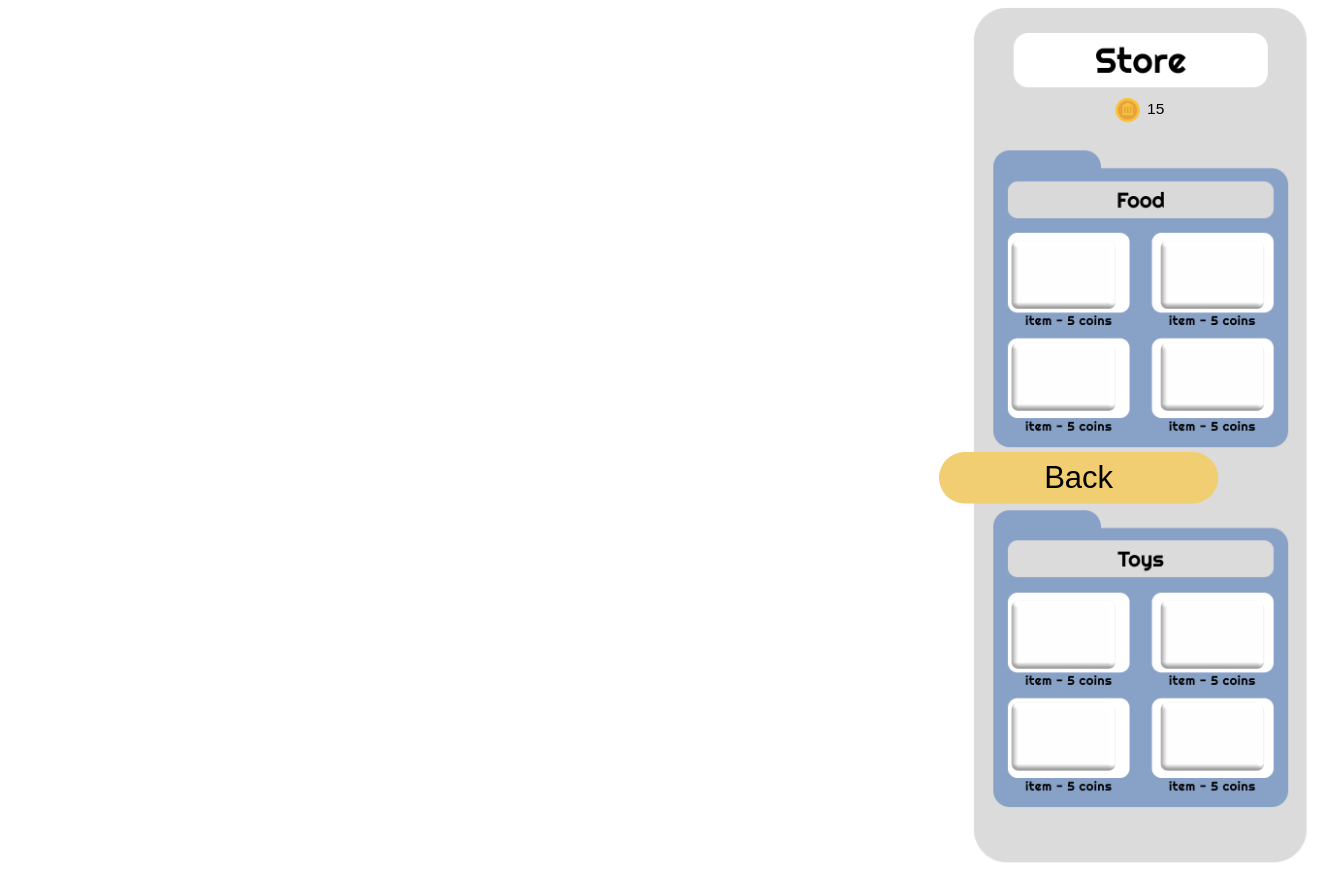
Repository: alemunden/Trash-Scavengers
Page: /ScrappyStore
The author's editor kept a copy of each file at every save. The page is drawn from the files as they stood at one save, then again after the next save.
The browser window is 1280 px wide. The page is 1382 px wide, so the pictures cover 1382 px, including what lies to the right of the window. The pictures show the whole page, at 97% of full size.
The project was rebuilt for these pictures with package versions that can differ from the ones it lists, and the page was loaded fresh each time. The framework's server and built-in components were replaced by stand-ins that run in the browser. Also part of the build but not shown: next.config.mjs, components/Button/Button.module.css, components/Button/index.js.

Above is the page before, as saved 2024-05-04 15:28:01.

### pages/ScrappyStore.js
import styles from '@/styles/ScrappyStore.module.css'
import Image from 'next/image'
import { storeItems } from '@/data/storeItems'
import { useCoins } from '@/utils/coins'
import Button from '@/components/Button'

export default function ScrappyStore() {

    const {coins, setCoins, buy} = useCoins(15)

    return(
        <>
        <div className={styles.store}>
            <div className={styles.coinCount}>
                <Image src={'/Coin.png'} height={25} width={25}/>
                <p>{coins}</p>
            </div>
            <div className={styles.foodItems}>
                <Image src={'/storeitem.png'} width={153.6} height={73.1} onClick={buy}/>
                <Image src={'/storeitem.png'} width={153.6} height={73.1}/>
                <Image src={'/storeitem.png'} width={153.6} height={73.1}/>
                <Image src={'/storeitem.png'} width={153.6} height={73.1}/>
            </div>
            <div className={styles.toyItems}>
                <Image src={'/storeitem.png'} width={153.6} height={73.1}/>
                <Image src={'/storeitem.png'} width={153.6} height={73.1}/>
                <Image src={'/storeitem.png'} width={153.6} height={73.1}/>
                <Image src={'/storeitem.png'} width={153.6} height={73.1}/>
            </div>
            <Image src={'/storebackground.png'} width={343} height={881}/>
        </div>
        <button className={styles.backButton}>Back</button>
        </>
    )
}

### styles/globals.css
:root {
    --white: #FFFFFF;
    --black: #000;
    --light-green: #B4E88C;
    --light-blue: #9EBAE5;
    --light-gray: #c5c5c5;
    --light-yellow: #F3CD70;
    --light-pink: #F3D9D9;
    --medium-green: #429600;
    --gold: #ED9F26;

}

html, body {
    overflow-x: hidden;
    background-color: var(--white);
    height: 896px;
    width: 414px;
    position: absolute;
    left: 30rem;
  }

main {
    padding: 1rem;
  }

li {
    list-style-type: none;
    cursor: pointer;
    margin: 1rem;
    width: 100%;
    padding: 0.5rem;
    color: #000105;
    background-color: var(--light-blue);
    border-radius: 1rem;
    border-bottom: 6px solid #7893bb;
    font-family: "Righteous", sans-serif;
    text-align: center;
    font-size: 1.5rem;
  }

.liHover:hover {
    background-color: #7893bb;
    columns: #fff;
}

.liSelected {
    color: #fff;
    background-color: #000925;
}

.homePageCard {
  margin-left: -5%;
  margin-top: 48%;
}

.searchBar {
  margin-left: -5%;
  margin-bottom: -48%;
}

.logInAndSettings {
  margin-left: 63%;
  margin-right: -5%;
  margin-top: 8%;
}

.dateIndex {
  font-family: 'Righteous';
  margin-bottom: -18%;
  margin-top: 8%;
}

.searchBarInfo {
  margin-left: -5%;
  margin-top: -0.1%;
}

.logInSettingsInfo {
  margin-left: 63%;
  margin-right: -5%;
  padding-left: 19px;
  padding-bottom: -10px;
  margin-top: 8%;
}

.infoCard {
  margin-left: -5%;
}

.logInSettingsDepots {
  margin-left: 64%;
  margin-right: -5%;
  padding-left: 9px;
  margin-top: 8%;
}

.searchBarDepots {
  margin-left: -5%;
}

.depotsCard {
  margin-left: -5%;
}

.logInSettingsYourDepots {
  margin-left: 50%;
  margin-right: -5%;
  padding-left: 65px;
  margin-top: 8%;
}

.searchBarYourDepots {
  margin-left: -5%;
}

.yourDepotsCard {
  margin-left: -5%;
}

### styles/ScrappyStore.module.css
.store {
    display: flex;
    justify-content: center;
}

.coinCount {
    position: absolute;
    top: 5rem;
    font-family: "Righteous", sans-serif;
    display: flex;
    flex-direction: row;
    align-items: center;
    gap: 0.5rem;
}

.foodItems {
    position: absolute;
    display: flex;
    flex-direction: row;
    flex-wrap: wrap;
    top: 15rem;
    left: 3.2rem;
    column-gap: 0rem;
    row-gap: 2rem;
}

.toyItems {
    position: absolute;
    display: flex;
    flex-direction: row;
    flex-wrap: wrap;
    top: 38.2rem;
    left: 3.2rem;
    column-gap: 0rem;
    row-gap: 2rem;
}

.backButton {
    padding: 0.5rem;
    border-radius: 2rem;
    width: 18rem;
    margin-top: 12px;
    font-size: 2rem;
    color: var(--black);
    background-color: #F2CE73;
    font-family: "Righteous", sans-serif;
    border: 0;
    position: absolute;
    top: 27.9rem;
}

### data/storeItems.js
export const storeItems = {
    totalItems: 8,
    items: [
        {
            name: 'Apple',
            cost: 5
        },
        {
            name: 'Banana',
            cost: 4
        },
        {
            name: 'Sandwich',
            cost: 10
        },
        {
            name: 'Cookie',
            cost: 7
        }
    ]
}

### utils/coins.js
import { useState } from "react";

export function useCoins(initialValue) {
    const [coins, setCoins] = useState(initialValue || 15)

    const buy = () => setCoins((x) => x - 5)

    return {
        coins,
        buy,
        setCoins
    }
}

Loaded but not shown: pages/_app.js (common file); pages/_document.js (common file); pages/api/hello.js (common file)

After the next save:
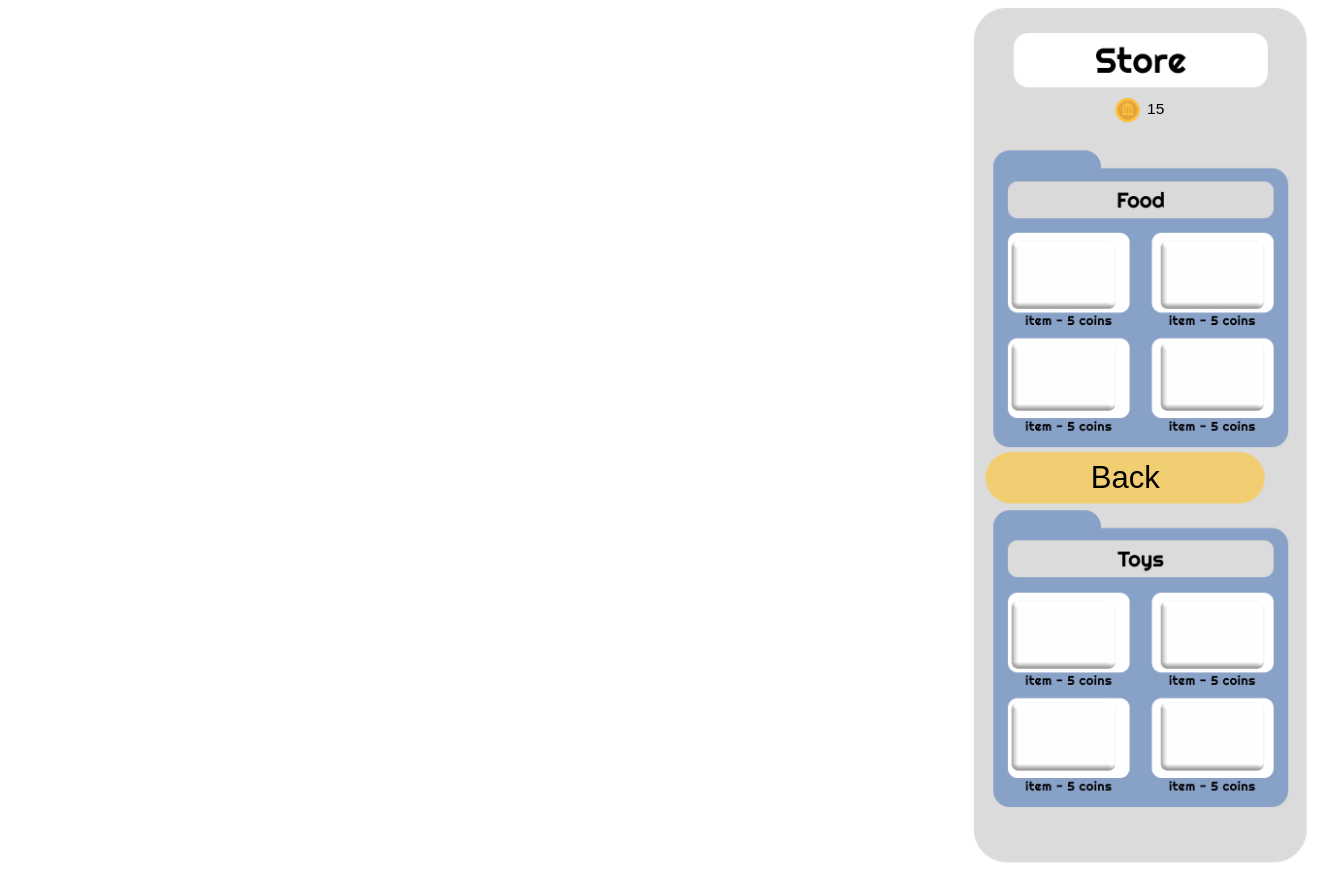
Saved 16 s later.
--- a/styles/ScrappyStore.module.css
+++ b/styles/ScrappyStore.module.css
@@ -47,4 +47,5 @@
     border: 0;
     position: absolute;
     top: 27.9rem;
+    left: 3rem;
 }
